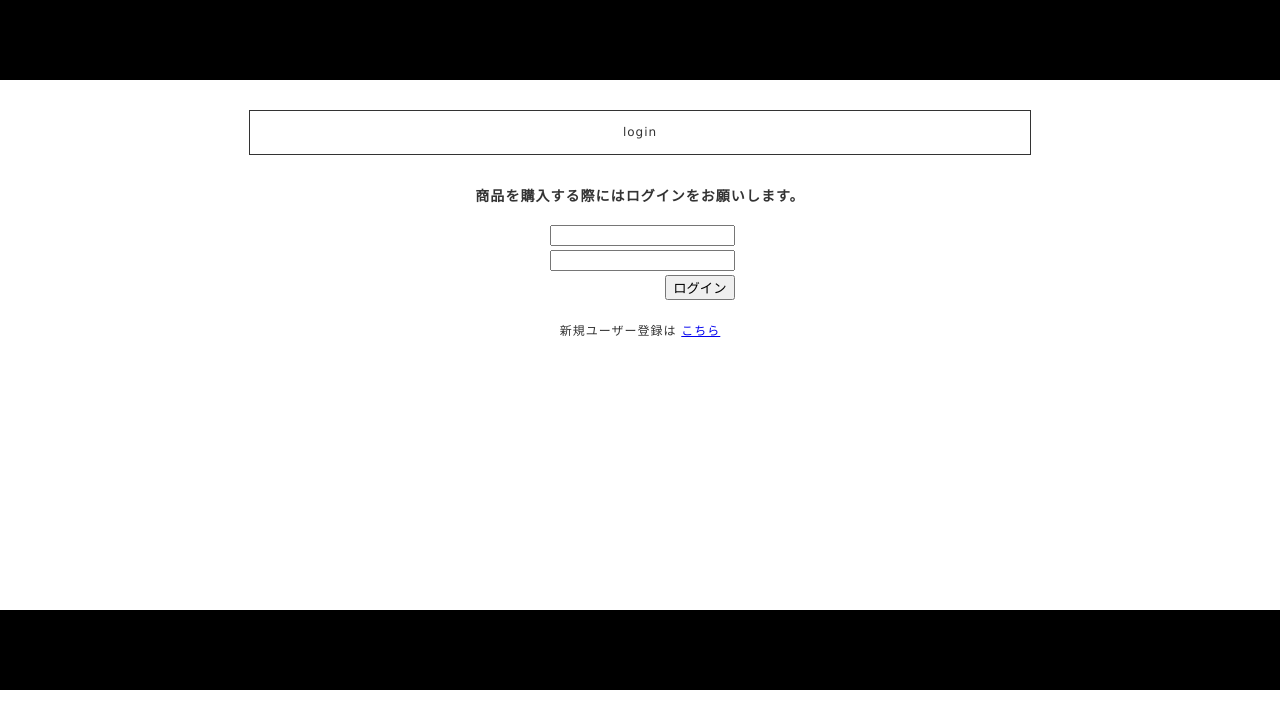
Repository: cha-git/ecsite
Page: http://localhost/template/HomeAction.action
The author's editor kept a copy of each file at every save. The page is drawn from the files as they stood at one save, then again after the next save.
The browser window is 1280 px wide. The pictures show the whole page.
The page is served by Tomcat 9.

Above is the page before, as saved 2018-12-21 11:43:50.

After the next save:
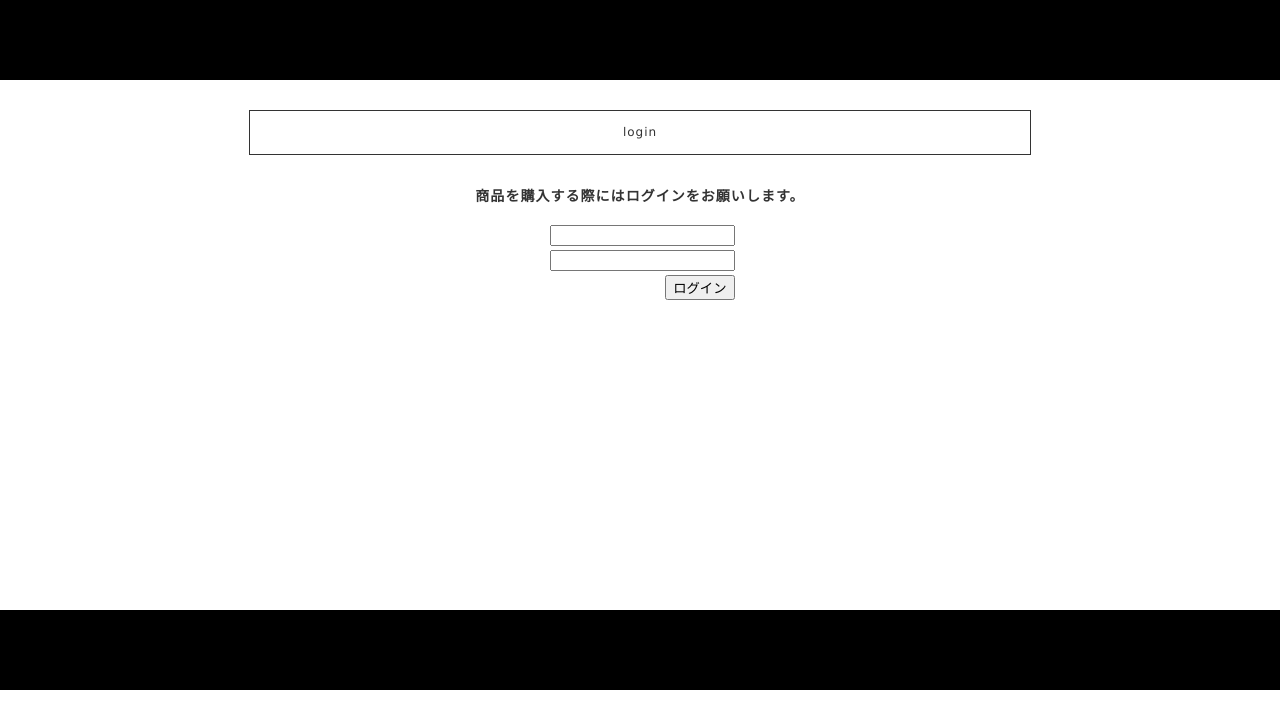
Saved 33 s later.
--- a/template/WebContent/login.jsp
+++ b/template/WebContent/login.jsp
@@ -73,9 +73,10 @@
 			</s:form>
 			<br/>
 			<div>
-				<span>新規ユーザー登録は
+<!-- 				<span>新規ユーザー登録は
 					<a href='<s:url action="UserCreateAction" />'>こちら</a>
 				</span>
+-->
 			</div>
 		</div>
 	</div>

After the 2 saves that followed:
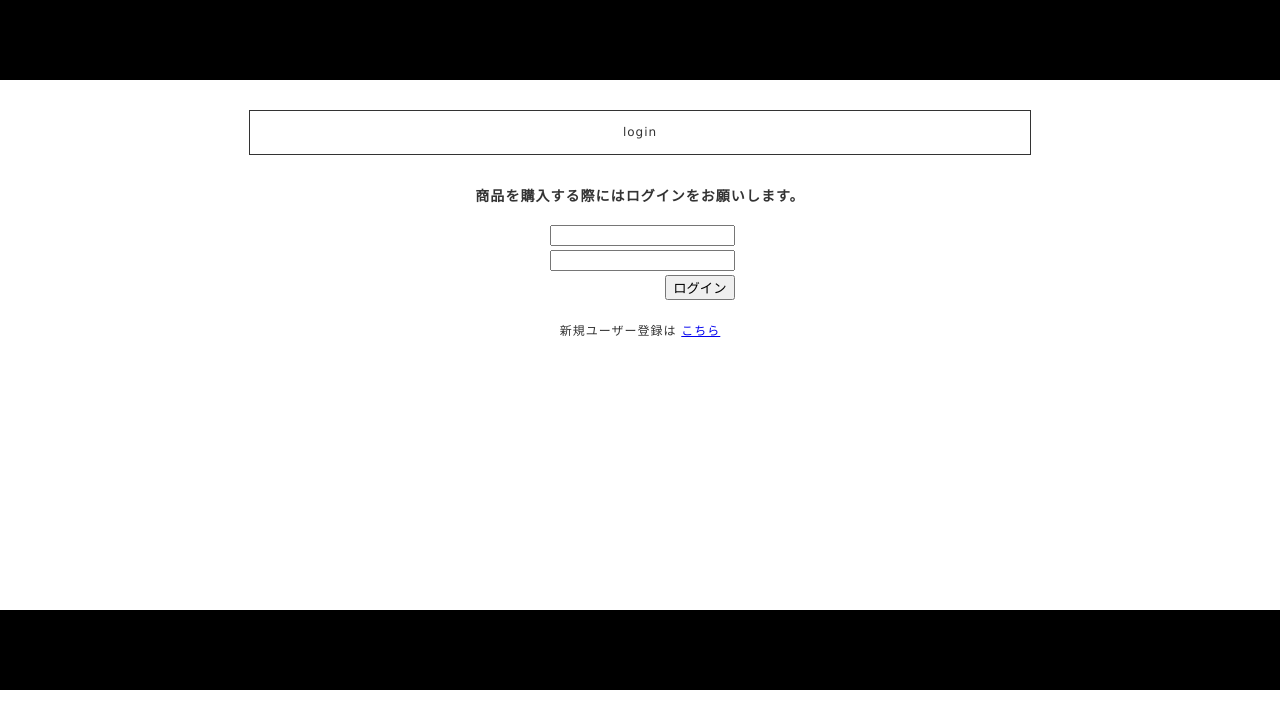
The 2 saves are shown as one change because 1 left the picture as it was.
The last was saved 68 s later.
--- a/template/WebContent/login.jsp
+++ b/template/WebContent/login.jsp
@@ -73,10 +73,9 @@
 			</s:form>
 			<br/>
 			<div>
-<!-- 				<span>新規ユーザー登録は
+ 				<span>新規ユーザー登録は
 					<a href='<s:url action="UserCreateAction" />'>こちら</a>
 				</span>
--->
 			</div>
 		</div>
 	</div>
